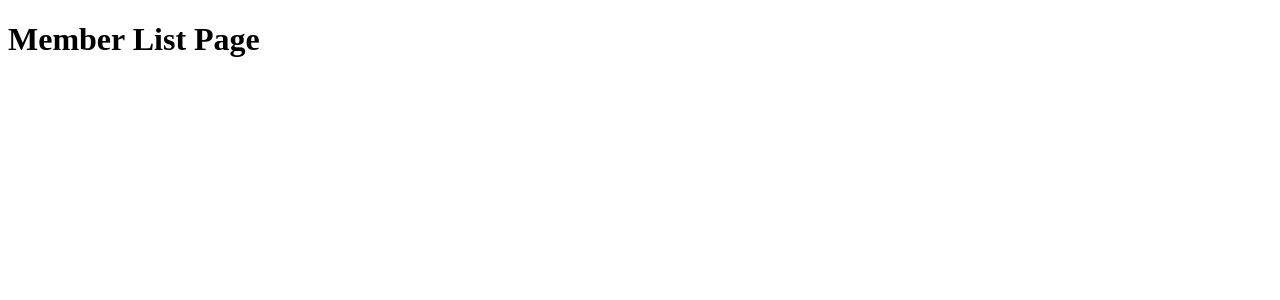
Repository: gatsby5959/_jsp_workspace_brd-mem_copy
Page: http://localhost/jsp_BoardMember/member/list.jsp
The author's editor kept a copy of each file at every save. The page is drawn from the files as they stood at one save, then again after the next save.
The browser window is 1280 px wide. The pictures show the whole page.
The page is served by Tomcat 9.

Above is the page before, as saved 2023-09-08 12:10:33.

After the next save:
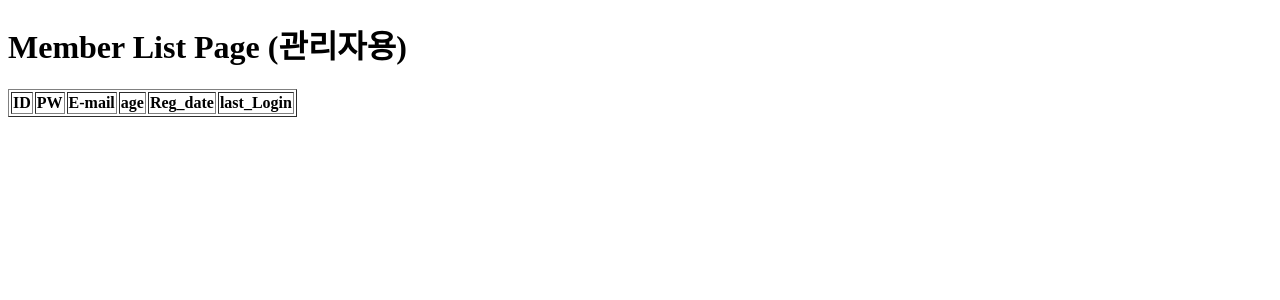
Saved 94 s later.
--- a/jsp_BoardMember/src/main/webapp/member/list.jsp
+++ b/jsp_BoardMember/src/main/webapp/member/list.jsp
@@ -7,7 +7,16 @@
 <title>Insert title here</title>
 </head>
 <body>
-<h1>Member List Page</h1>
-
+<h1>Member List Page (관리자용)</h1>
+<table border="1">
+	<tr>
+		<th>ID</th>
+		<th>PW</th>
+		<th>E-mail</th>
+		<th>age</th>
+		<th>Reg_date</th>
+		<th>last_Login</th>
+	</tr>
+</table>
 </body>
 </html>
